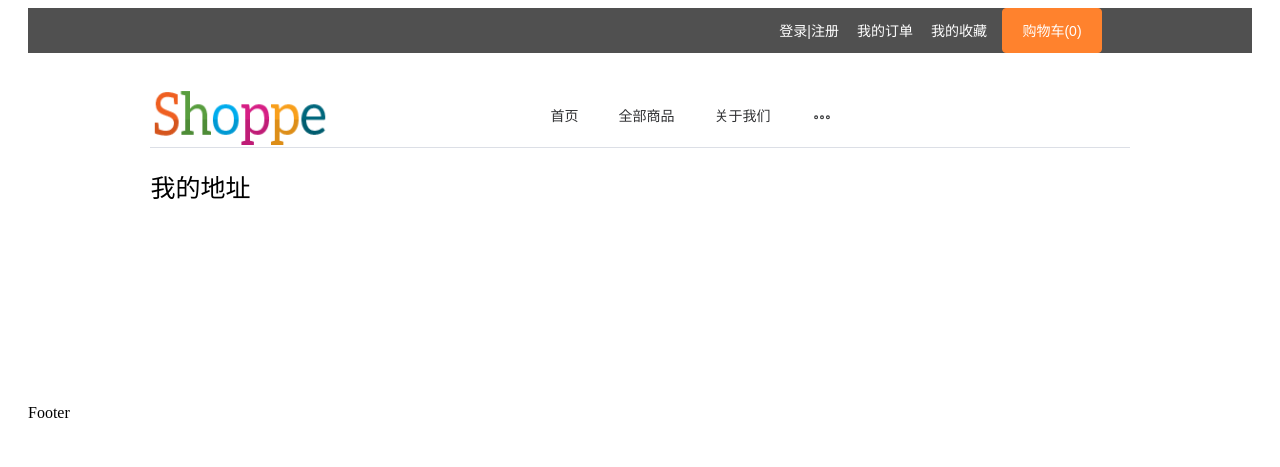
Repository: zhenghaochang/---
Page: /#/confirmOrder (app in xiaomi/)
An editor plug-in stored every save of this project. The page is shown before and after a run of saves, followed by the edit.
The browser window is 1280 px wide. The pictures show the whole page.
The project was rebuilt for these pictures with package versions that can differ from the ones it lists, and the page was loaded fresh each time. Also part of the build but not shown: xiaomi/vite.config.js.

Above is the page before, as saved 2025-08-03 15:53:34.

After the next 3 saves:
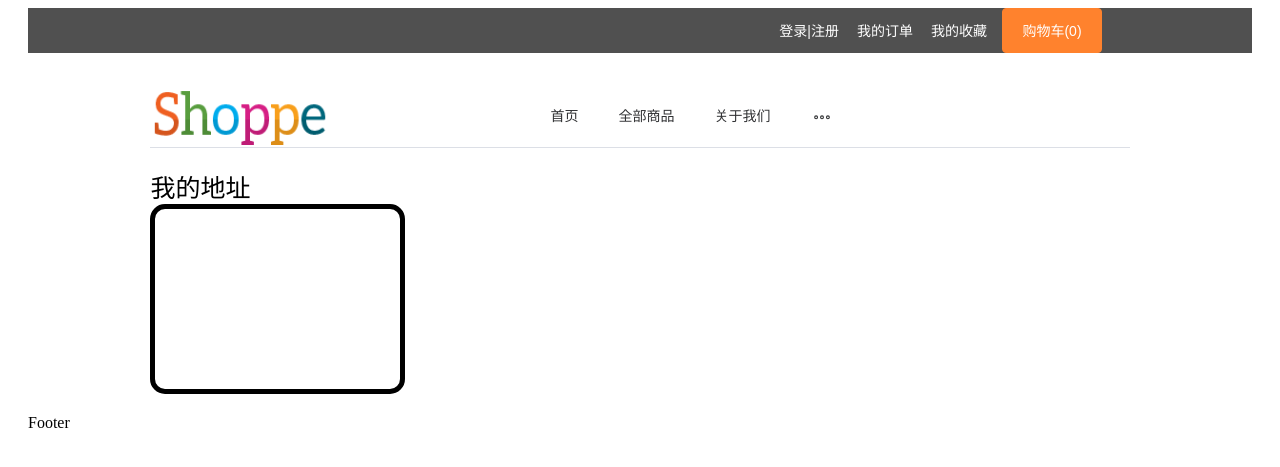
The 3 saves are shown as one change because they came seconds apart.
The last was saved 7 s later.
--- a/xiaomi/src/view/confirmOrder.vue
+++ b/xiaomi/src/view/confirmOrder.vue
@@ -27,6 +27,6 @@
     width: 25%;
     height:180px;
     border-radius: 15px;
-    border: 5px s;
+    border: 5px solid;
 }
 </style>
